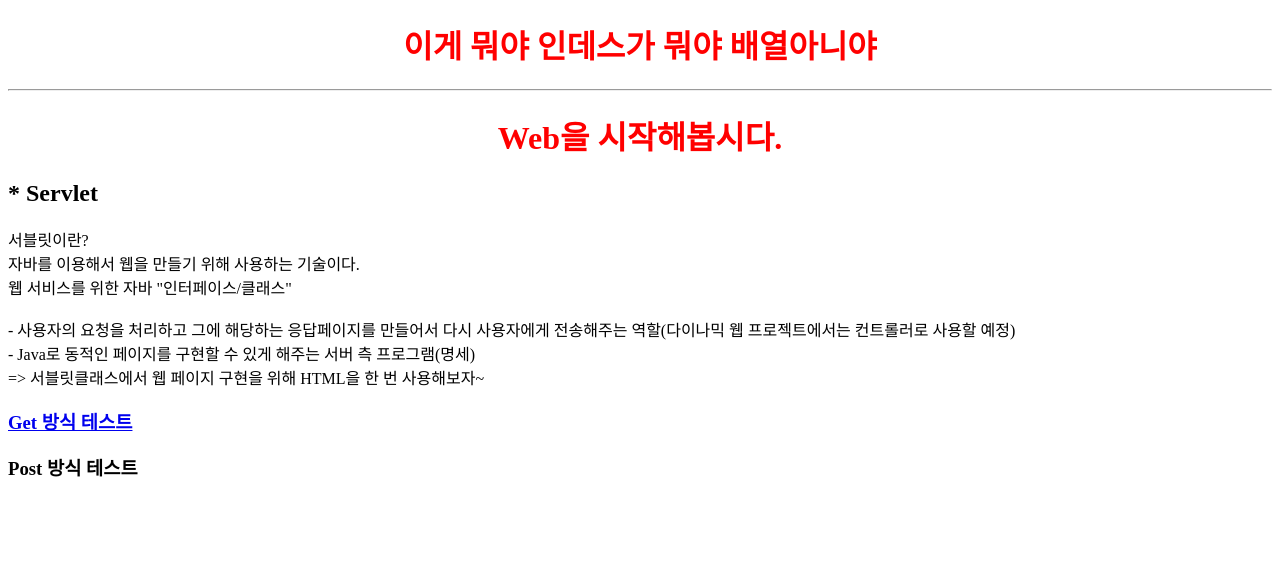
Repository: dltbxkfm86-creator/web
Page: MyFirstWebProject/src/main/webapp/index.html
An editor plug-in stored every save of this project. The page is shown before and after the next save, followed by the edit.
The browser window is 1280 px wide. The pictures show the whole page.

Above is the page before, as saved 2025-09-23 03:01:09.

### MyFirstWebProject/src/main/webapp/index.html
<!DOCTYPE html>
<html>
<head>
<meta charset="UTF-8">
<title>안녕하세요 인덱스입니다</title>
<style>
	h1 {
		color : red;
		text-align : center;
	}
</style>
</head>
<body>
	<!--
		1) 새로운 워크스페이스를 만들어서 이클립스로 열기

		2) 작업 환경 구성

			2_1) 보여질 U.I를 구성

			2_2) 서버 실행환경 구성[Window - Preferences]

			(Server - Runtime Environments)
			이클립스 상에서 서버를 실행할 수 있도록 실행환경을 연동하는 과정
			Add버튼 클릭 -> 설치한 ApacheTomcat과 동일한 버전 선택 -> Next버튼 클릭
			-> Browse버튼 클릭 -> 설치한 톰캣 폴더 선택 -> Finish버튼 선택

		3) 서버 생성하기

			3_1) [Servers] - [New] - [Server]

			3_2) 창에 기본적으로 2_2에서 세팅해놓은 Runtime이 잡혀 있을 것

			3_3) Finish버튼 클릭

			3_4) 서버 세팅하기(만들어진 서버 더블클릭)

				3_4_1) 왼쪽하단에 ServerOption탭에 Serve Module Publishing 체ㅋ
				=> file upload / download 경로 지정이 운영체제 상 숨김폴더로 지정

				3_4_2) 포트번호를 바꿔야한다면 재설정 => 작업이 끝나면 반드시 저장

			4) Dynamic Web Project만들기 [Project Explorer - new]

				4_1) 프로젝트명 신중하게 만들기 - Next

				4_2) default output folder 경로 재설정 :
					 src/main/webapp/WEB-INF/classes
				=> classes라는 폴더 안에 컴파일이 끝난 .class파일이 들어감
				WEB-INF안에 만들어두지 않으면 외부에서 접근이 가능하기 때문에 보안상 위험함

				4_3) Context root : 애플리케이션만의 고유한 이름으로 지어줄 것(기본값 : 프로젝트명)
				재정의해서 쓰는것이 보편적이고 실제로 자주 바뀔 수 있음
				=> 하나의 서버로 여러 개의 애플리케이션을 구동할 수 있음
				고유한 이름을 통해 애플리케이션에 접근하는 경로 사용할 수 있음

				Content Directory : 실제로 배포되는 폴더(서버에 올라가는 폴더)의 최상위 폴더명!
				=> 변경 시 default output folder로 돌아가서 그쪽도 변경해야함

				Generate web.xml deployment descriptor : 기본적으로 체크가 안 되어있음
				=> web.xml에는 애플리케이션 전체 정보가 들어있음(메인페이지 지정)
				굳이 바꿀 일 없어 ~~ 하면 안 만들어도 무방
				혹시나 수정을 할 수 도 있고 공부를 해야하니까 꼭 만들자

				Finish 버튼 클릭

			5) 새로 만들어진 Project 확인하기

				5_1) src - main - webapp - WEB-INF - classes폴더 잘 있나

				5_2) src - main - webapp - WEB-INF - web.xml 잘 있나

				5_3) src - main - webapp - index.html 파일 만들기

			6) 생성해놓은 Server에 올리기

				[Server] -> Server 오른쪽 클릭 -> Add and Remove -> 왼쪽에서 선택 후 클릭
				-> Finish

			7) 서버 실행 잘 되는거 확인했으면 브라우저 켜서 URL요청 보내서 index 파일 잘 나오나 확인


	 -->
	<h1>이게 뭐야 인데스가 뭐야 배열아니야</h1>

	<hr>

	<h1>Web을 시작해봅시다.</h1>

	<h2> * Servlet </h2>

	<p>
		서블릿이란? <br>
		자바를 이용해서 웹을 만들기 위해 사용하는 기술이다. <br>
		웹 서비스를 위한 자바 "인터페이스/클래스" <br><br>

		- 사용자의 요청을 처리하고 그에 해당하는 응답페이지를 만들어서
		  다시 사용자에게 전송해주는 역할(다이나믹 웹 프로젝트에서는 컨트롤러로 사용할 예정) <br>
		- Java로 동적인 페이지를 구현할 수 있게 해주는 서버 측 프로그램(명세) <br>

		=> 서블릿클래스에서 웹 페이지 구현을 위해 HTML을 한 번 사용해보자~
	</p>

	<h3><a href="views/request_get.html">Get 방식 테스트</a></h3>

	<h3><a>Post 방식 테스트</a></h3>
























</body>
</html>

After the next save:
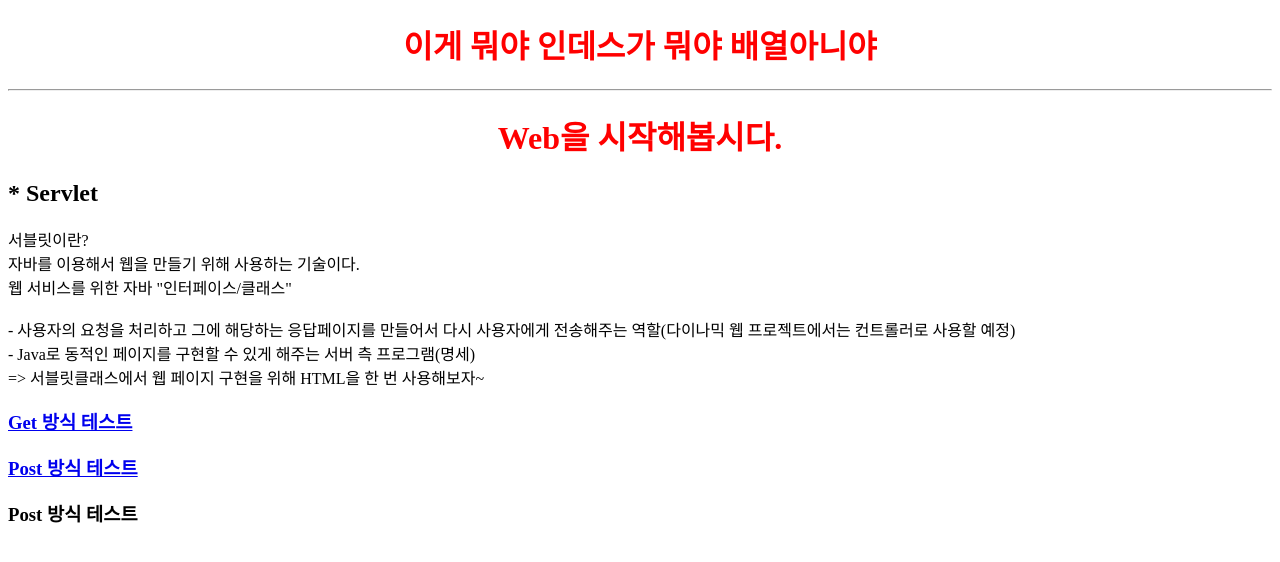
Saved 5 s later.
--- a/MyFirstWebProject/src/main/webapp/index.html
+++ b/MyFirstWebProject/src/main/webapp/index.html
@@ -103,6 +103,9 @@
 
 	<h3><a href="views/request_get.html">Get 방식 테스트</a></h3>
 
+	<h3><a href="views/request_get.html">Post 방식 테스트</a></h3>
+
+
 	<h3><a>Post 방식 테스트</a></h3>
 
 
